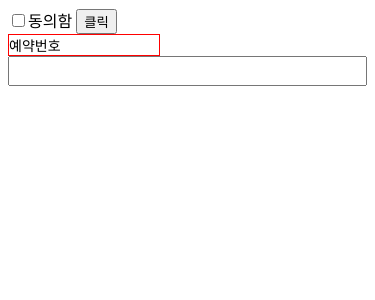
Repository: mekeyace/portfolio
Page: http://localhost/web/check.jsp
These files come from the project's save history. The page is drawn as it stood at one moment and after the next save; the edit follows.
The browser window is 375 px wide. The pictures show the whole page.
The page is served by Tomcat 9. Other server files are loaded and not shown.

Above is the page before, as saved 2023-06-22 03:09:05.

### maven/web/src/main/webapp/check.jsp
<%@ page language="java" contentType="text/html; charset=UTF-8"
    pageEncoding="UTF-8"%>
<!DOCTYPE html>
<html>
<head>
<meta charset="UTF-8">
<meta name="viewport" content="width=device-width, initial-scale=1" />
<title>Insert title here</title>
<style>


@media screen and (min-width:340px) and (max-width:560px){
.ins {
width:100%;
/* width:calc(100% - 174px); */
/* max-width:calc(100% - ) */
height:30px;
box-sizing: border-box;
}
}

</style>
</head>
<body>
<!-- 체크박스1 : 체크시 : Y 미체크시 : N -->
<form id="frm" method="post" action="./checkok.do">
<input type="hidden" name="cks" value="N">
<input type="checkbox" id="agree">동의함
<input type="button" value="클릭" onclick="abc()">

<div style="font-size:14px; width:150px; border:1px solid red;">예약번호</div>
<input type="text" class="ins">
<br>
</form>
<!-- 체크박스2 : 체크시 : Y 미체크시 : null -->
</body>
<script>
function abc(){
	frm.submit();
}
</script>
</html>

After the next save:
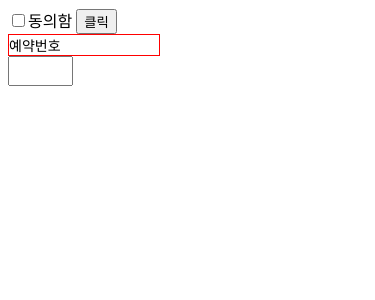
Saved 57 s later.
--- a/maven/web/src/main/webapp/check.jsp
+++ b/maven/web/src/main/webapp/check.jsp
@@ -11,9 +11,8 @@
 
 @media screen and (min-width:340px) and (max-width:560px){
 .ins {
-width:100%;
-/* width:calc(100% - 174px); */
-/* max-width:calc(100% - ) */
+ width:calc(100% - 174px);
+ max-width:calc(100% - 294px);
 height:30px;
 box-sizing: border-box;
 }
